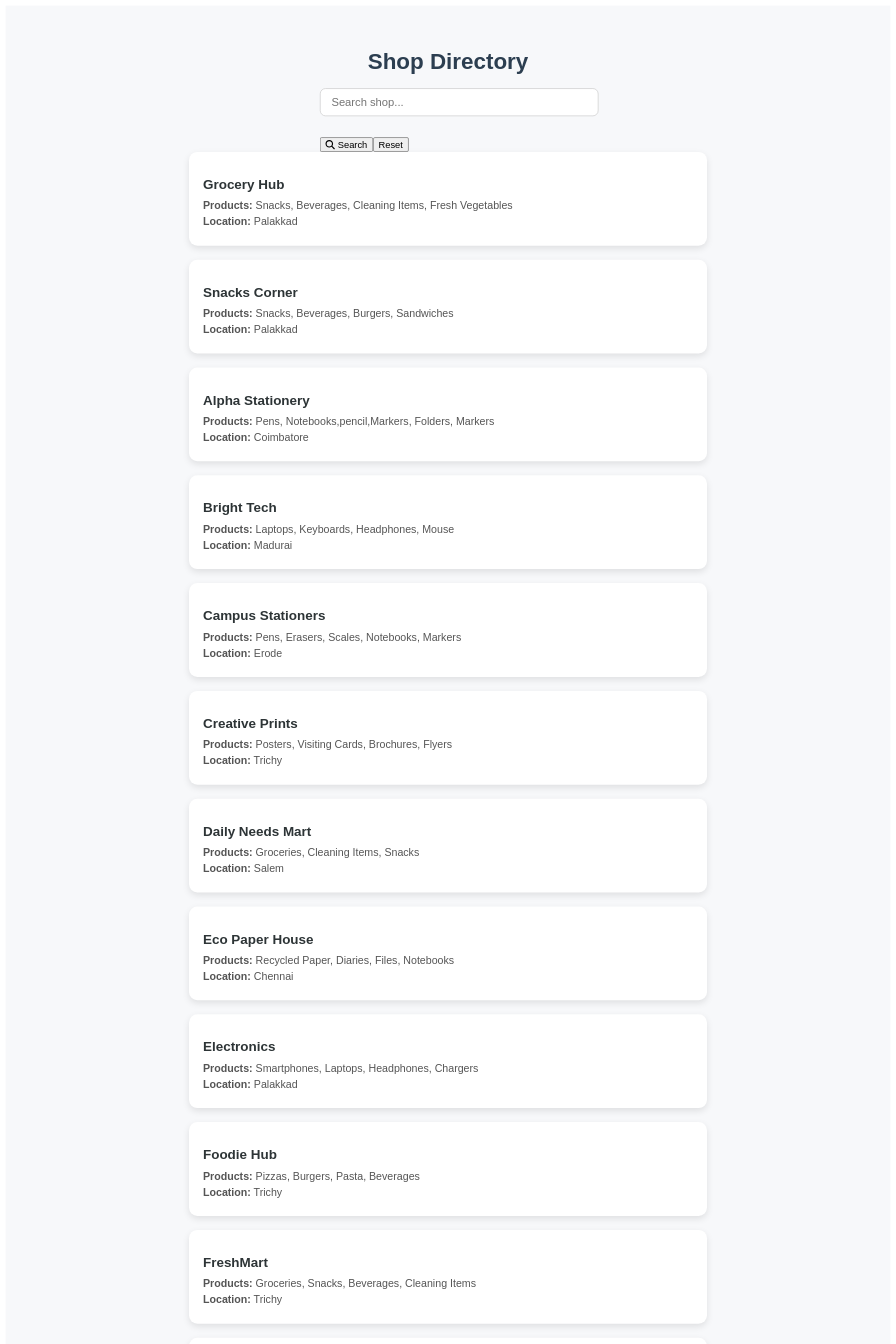
Repository: Pavithra-09git/CarSort
Page: /
These files come from the project's save history. The page is drawn as it stood at one moment and after the next save; the edit follows.
The browser window is 1280 px wide. The pictures show the part of the page from y = 0 to 1920 px (the page is 4863 px tall before and 4854 px after), at 70% of full size.
The project was rebuilt for these pictures with package versions that can differ from the ones it lists, and the page was loaded fresh each time. Also part of the build but not shown: vite.config.js.

Above is the page before, as saved 2025-10-26 12:30:28.

### index.html
<!doctype html>
<html lang="en">
  <head>
    <meta charset="UTF-8" />
    <link rel="icon" type="image/svg+xml" href="/vite.svg" />
    <meta name="viewport" content="width=device-width, initial-scale=1.0" />
    <title>table</title>
  </head>
  <body>
    <div id="root"></div>
    <script type="module" src="/src/main.jsx"></script>
  </body>
</html>

### src/App.jsx
import React, { useState } from "react";
import { shops } from './data';
import "./App.css";

// Font Awesome
import { FontAwesomeIcon } from '@fortawesome/react-fontawesome';
import { faMagnifyingGlass } from '@fortawesome/free-solid-svg-icons';

function App() {
  const [search, setSearch] = useState("");
  const [filteredShop, setFilteredShop] = useState(null);

  const sortedShops = [...shops].sort((a, b) => a.name.localeCompare(b.name));

  const handleSearch = () => {
    const result = sortedShops.find(
      (shop) =>
        shop.name.toLowerCase().includes(search.toLowerCase()) ||
        shop.products.toLowerCase().includes(search.toLowerCase())
    );
    setFilteredShop(result);
  };

  const handleReset = () => {
    setSearch("");
    setFilteredShop(null);
  };

  return (
    <div className="container">
      <h1>Shop Directory</h1>

      <div className="search-container">
        <input
          type="text"
          placeholder="Search shop..."
          value={search}
          onChange={(e) => setSearch(e.target.value)}
          className="search-box"
        />
        <button onClick={handleSearch} className="search-btn">
          <FontAwesomeIcon icon={faMagnifyingGlass} /> Search
        </button>
        <button onClick={handleReset} className="reset-btn">Reset</button>
      </div>

      <div className="card-column">
        {filteredShop ? (
          <div className="card" key={filteredShop.id}>
            <h2>{filteredShop.name}</h2>
            <p><strong>Products:</strong> {filteredShop.products}</p>
            <p><strong>Location:</strong> {filteredShop.location}</p>
          </div>
        ) : (
          sortedShops.map((shop) => (
            <div className="card" key={shop.id}>
              <h2>{shop.name}</h2>
              <p><strong>Products:</strong> {shop.products}</p>
              <p><strong>Location:</strong> {shop.location}</p>
            </div>
          ))
        )}
      </div>
    </div>
  );
}

export default App;

### src/data.js
export const shops = [
  { id: 1, name: "Alpha Stationery", products: "Pens, Notebooks,pencil,Markers, Folders, Markers", location: "Coimbatore" },
  { id: 2, name: "Eco Paper House", products: "Recycled Paper, Diaries, Files, Notebooks", location: "Chennai" },
  { id: 3, name: "Campus Stationers", products: "Pens, Erasers, Scales, Notebooks, Markers", location: "Erode" },
  { id: 4, name: "Paper World", products: "Files, Diaries, Folders, A4 Sheets, Notebooks", location: "Chennai" },
  { id: 5, name: "Office Essentials", products: "Pens, Files, Notebooks, Diaries, Staplers", location: "Madurai" },
  { id: 6, name: "Stationery Hub", products: "Pens, Notebooks, Pencils, Markers", location: "Palakkad" },
  { id: 7, name: "Notebook Planet", products: "Notebooks, Diaries,pencil Folders, Pens", location: "Palakkad" },
  { id: 8, name: "Bright Tech", products: "Laptops, Keyboards, Headphones, Mouse", location: "Madurai" },
  { id: 9, name: "Smart Gadgets Hub", products: "Smartphones, Chargers, Speakers, Headphones", location: "Coimbatore" },
  { id: 10, name: "Techno Zone", products: "Laptops, Mouse, Monitors, Chargers, Keyboards", location: "Trichy" },
  { id: 11, name: "Gadget World", products: "Smartphones, Laptops, Headphones, Speakers, Monitors", location: "Salem" },
  { id: 12, name: "Electronics", products: "Smartphones, Laptops, Headphones, Chargers", location: "Palakkad" },
  { id: 13, name: "Daily Needs Mart", products: "Groceries, Cleaning Items, Snacks", location: "Salem" },
  { id: 14, name: "Green Leaf Grocers", products: "Snacks, Organic Food, Cleaning Items, Vegetables", location: "Coimbatore" },
  { id: 15, name: "Home Essentials", products: "Cleaning Items, Groceries, Snacks, Toiletries", location: "Salem" },
  { id: 16, name: "QuickMart", products: "Groceries, Beverages, Snacks, Household Items", location: "Chennai" },
  { id: 17, name: " Grocery Hub", products: "Snacks, Beverages, Cleaning Items, Fresh Vegetables", location: "Palakkad" },
  { id: 18, name: "FreshMart", products: "Groceries, Snacks, Beverages, Cleaning Items", location: "Trichy" },
  { id: 19, name: "Tasty Treats", products: "Burgers, Pizzas, Sandwiches, Beverages", location: "Chennai" },
  { id: 20, name: "Healthy Bites", products: "Salads, Smoothies, Sandwiches, Juices", location: "Coimbatore" },
  { id: 21, name: "Foodie Hub", products: "Pizzas, Burgers, Pasta, Beverages", location: "Trichy" },
  { id: 22, name: " Snacks Corner", products: "Snacks, Beverages, Burgers, Sandwiches", location: "Palakkad" },
  { id: 23, name: "Snack Attack", products: "Burgers, Sandwiches, Fries, Beverages", location: "Madurai" },
  { id: 24, name: "Knowledge Academy", products: "Books, Stationery, Educational Kits", location: "Madurai" },
  { id: 25, name: "Smart Learning Center", products: "Books, Worksheets, Study Materials, Learning Kits", location: "Coimbatore" },
  { id: 26, name: "Learning Hub", products: "Books, Notebooks, Educational Games, Worksheets", location: "Palakkad" },
  { id: 27, name: "Study Smart", products: "Books, Worksheets, Notebooks, Study Kits", location: "Trichy" },
  { id: 28, name: "Creative Prints", products: "Posters, Visiting Cards, Brochures, Flyers", location: "Trichy" },
  { id: 29, name: "PrintCraft Studio", products: "Brochures, Business Cards, Posters, Flyers, Banners", location: "Coimbatore" },
  { id: 30, name: "Print Hub", products: "Business Cards, Brochures, Posters, Flyers", location: "Palakkad" }
];

### src/App.css
/* Main container */
.container {
  min-height: 100vh;
  background-color: #f7f8fa;
  display: flex;
  flex-direction: column;
  align-items: center;
  padding: 40px 20px;
  font-family: "Poppins", sans-serif;
}

/* Title */
h1 {
  color: #2c3e50;
  margin-bottom: 20px;
  font-size: 2rem;
  text-align: center;
}

/* Search bar */
.search-box {
  width: 100%;
  max-width: 400px;
  padding: 10px 15px;
  border: 1px solid #ccc;
  border-radius: 8px;
  outline: none;
  font-size: 16px;
  transition: 0.3s;
  margin-bottom: 30px;
}

.search-box:focus {
  border-color: #007bff;
  box-shadow: 0 0 5px rgba(0, 123, 255, 0.3);
}

/* Cards vertical layout */
.card-column {
  display: flex;
  flex-direction: column;
  align-items: center;
  gap: 20px;
  width: 100%;
  max-width: 700px;
}

/* Individual card */
.card {
  background-color: white;
  border-radius: 12px;
  box-shadow: 0 4px 10px rgba(0, 0, 0, 0.1);
  width: 100%;
  padding: 20px;
  transition: transform 0.3s ease, box-shadow 0.3s ease;
}

.card:hover {
  transform: translateY(-5px);
  box-shadow: 0 6px 15px rgba(0, 0, 0, 0.15);
}

/* Card text */
.card h2 {
  font-size: 1.2rem;
  color: #2d3436;
  margin-bottom: 10px;
}

.card p {
  font-size: 0.95rem;
  color: #555;
  margin: 6px 0;
}

/* No result text */
.no-result {
  color: #777;
  text-align: center;
  font-size: 1rem;
}

Loaded but not shown: src/main.jsx (common file)

After the next save:
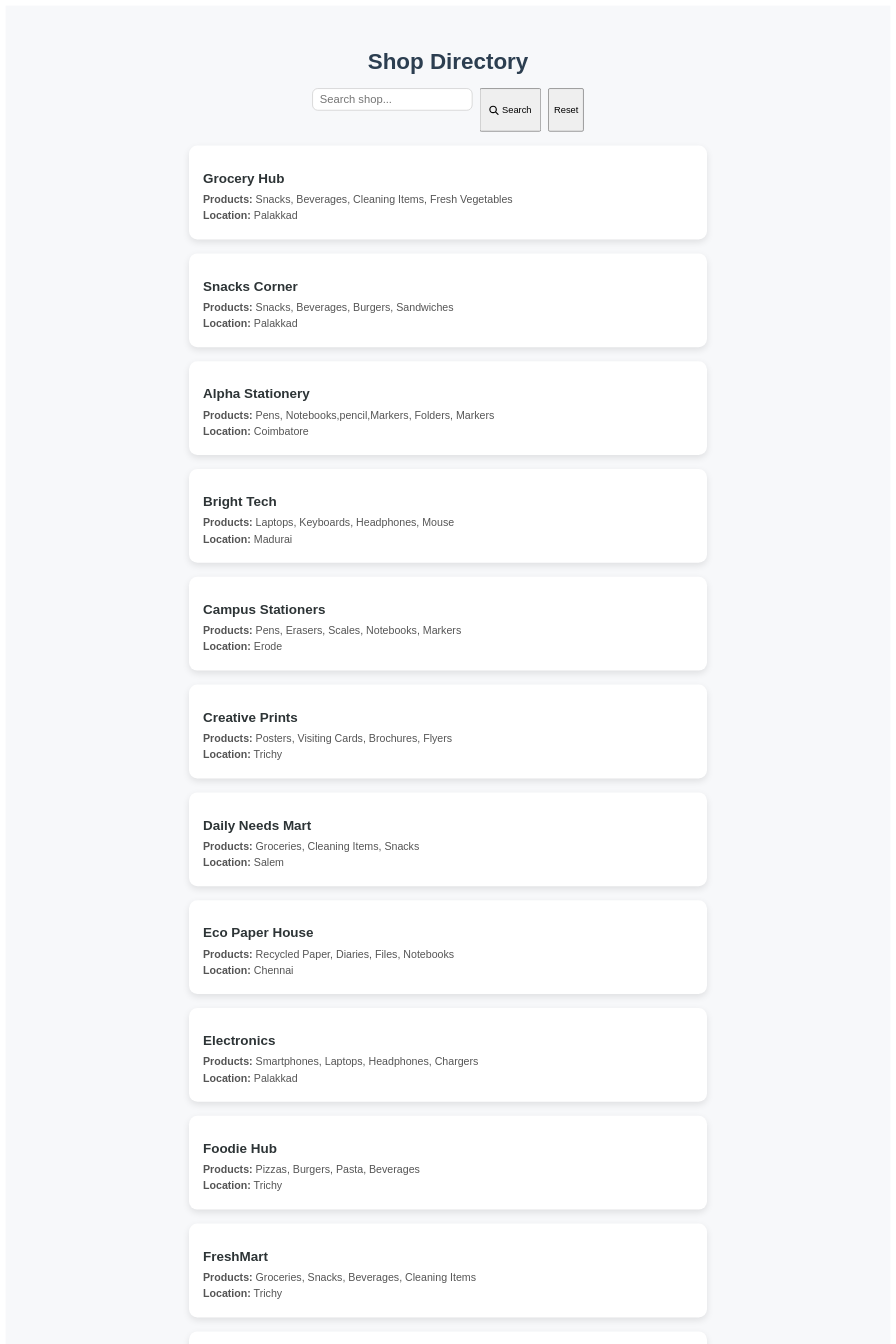
Saved 4 s later.
--- a/src/App.css
+++ b/src/App.css
@@ -79,3 +79,21 @@ h1 {
   text-align: center;
   font-size: 1rem;
 }
+.search-container {
+  display: flex;
+  gap: 10px;
+  margin-bottom: 20px;
+}
+
+.search-btn {
+  display: flex;
+  align-items: center;
+  gap: 5px;
+  padding: 6px 12px;
+  cursor: pointer;
+}
+
+.search-box {
+  flex: 1;
+  padding: 6px 10px;
+}
